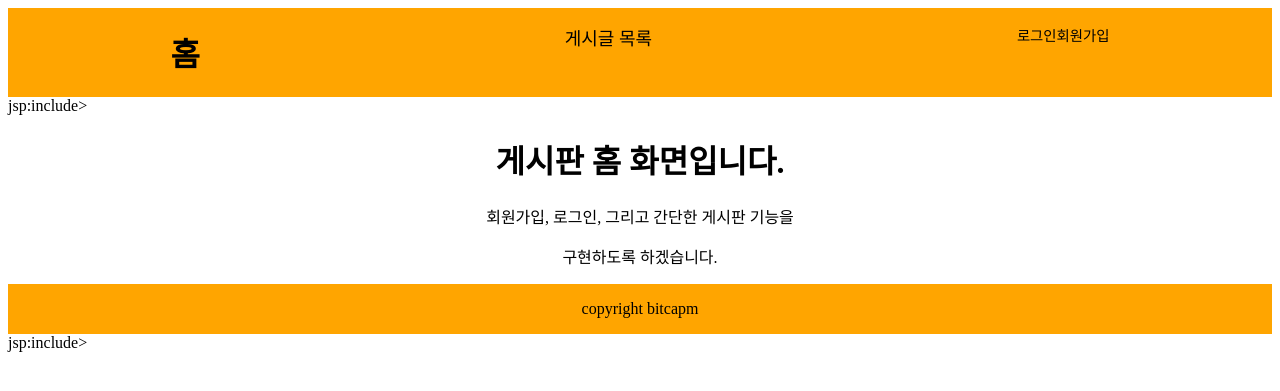
Repository: moonjaeh/springFramwork
Page: http://localhost/_02_BoardWeb_structure/
The author's editor kept a copy of each file at every save. The page is drawn from the files as they stood at one save, then again after a run of saves.
The browser window is 1280 px wide. The pictures show the whole page.
The page is served by Tomcat 9. Nobody is signed in. The application's start-up code is not run.

Above is the page before, as saved 2022-07-12 06:51:54.

After the next 2 saves:
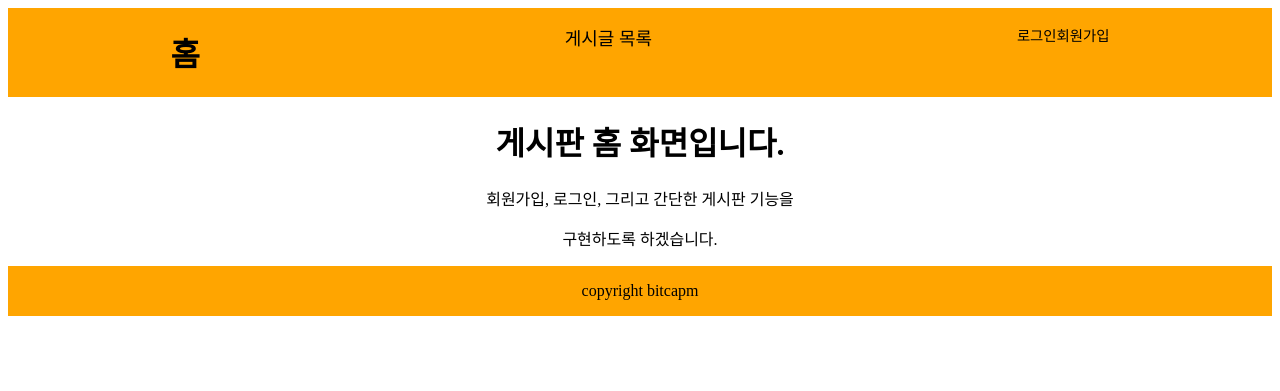
The 2 saves are shown as one change because 1 did not build or start.
The last was saved 2 min 52 s later.
--- a/_02_BoardWeb_structure/src/main/webapp/index.jsp
+++ b/_02_BoardWeb_structure/src/main/webapp/index.jsp
@@ -7,12 +7,12 @@
 <title>Insert title here</title>
 </head>
 <body>
-	<jsp:include page="./header.jsp"></jsp:include>jsp:include>
+	<jsp:include page="./header.jsp"></jsp:include>
 	<div style="text-align: center;">
 		<h1>게시판 홈 화면입니다.</h1>
 		<p>회원가입, 로그인, 그리고 간단한 게시판 기능을</p>
 		<p>구현하도록 하겠습니다.</p>
 	</div>
-	<jsp:include page="./footer.jsp"></jsp:include>jsp:include>
+	<jsp:include page="./footer.jsp"></jsp:include>
 </body>
 </html>
